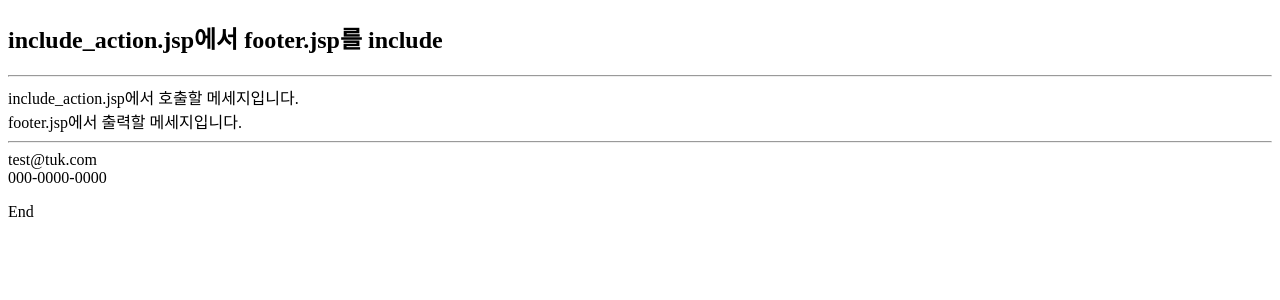
Repository: ljdongz/jsp-study
Page: http://localhost/jspbook/ch04/inlcude_action.jsp
The author's editor kept a copy of each file at every save. The page is drawn from the files as they stood at one save, then again after the next save.
The browser window is 1280 px wide. The pictures show the whole page.
The page is served by Tomcat 9. Other server files are loaded and not shown.

Above is the page before, as saved 2022-09-28 02:11:25.

### jspbook/src/main/webapp/ch04/inlcude_action.jsp
<%@ page language="java" contentType="text/html; charset=UTF-8"
    pageEncoding="UTF-8"%>
<!DOCTYPE html>
<html>
<head>
<meta charset="UTF-8">
<title>Insert title here</title>
</head>
<body>
	<h2>include_action.jsp에서 footer.jsp를 include</h2>
	<hr>
	include_action.jsp에서 호출할 메세지입니다. <br>
	<jsp:include page="footer.jsp">
	<jsp:param name="email" value="test@tuk.com"/>
	<jsp:param name="tel" value="000-0000-0000"/>
	</jsp:include>
	<p>End</p>
</body>
</html>

### jspbook/src/main/webapp/ch04/footer.jsp
<%@ page language="java" contentType="text/html; charset=UTF-8"
    pageEncoding="UTF-8"%>
<!DOCTYPE html>
<html>
<head>
<meta charset="UTF-8">
<title>Insert title here</title>
</head>
<body>
	footer.jsp에서 출력할 메세지입니다.
	<hr>
	<%= request.getParameter("email") %> <br>
	<%= request.getParameter("tel") %>
</body>
</html>

After the next save:
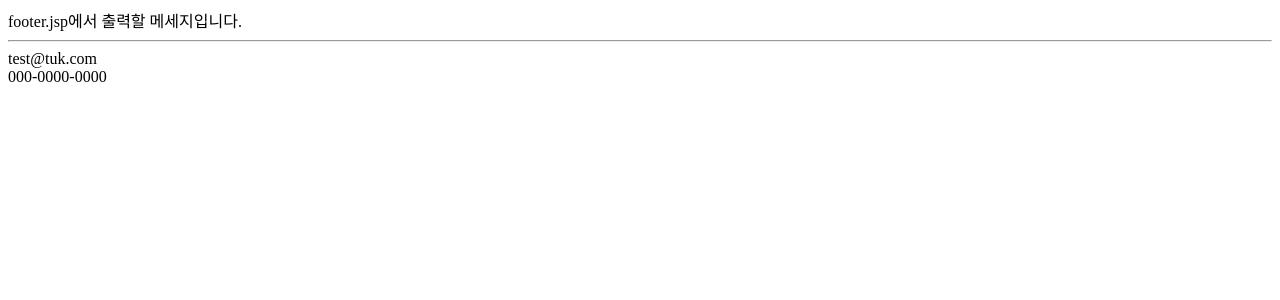
Saved 16 s later.
--- a/jspbook/src/main/webapp/ch04/inlcude_action.jsp
+++ b/jspbook/src/main/webapp/ch04/inlcude_action.jsp
@@ -10,10 +10,10 @@
 	<h2>include_action.jsp에서 footer.jsp를 include</h2>
 	<hr>
 	include_action.jsp에서 호출할 메세지입니다. <br>
-	<jsp:include page="footer.jsp">
+	<jsp:forward page="footer.jsp">
 	<jsp:param name="email" value="test@tuk.com"/>
 	<jsp:param name="tel" value="000-0000-0000"/>
-	</jsp:include>
+	</jsp:forward>
 	<p>End</p>
 </body>
 </html>
